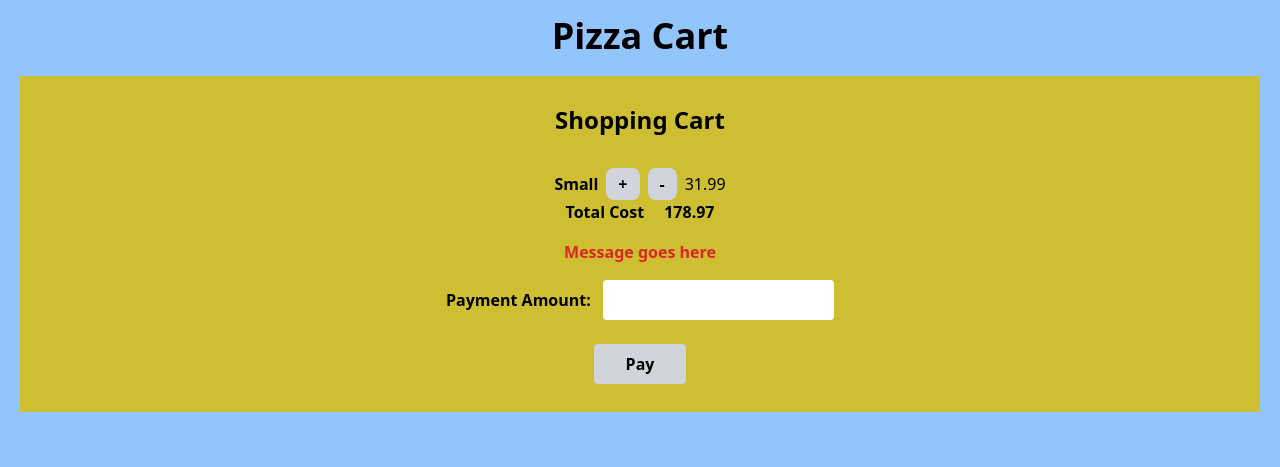
Repository: lasity34/pizza_cart
Page: index.html
The author's editor kept a copy of each file at every save. The page is drawn from the files as they stood at one save, then again after the next save.
The browser window is 1280 px wide. The pictures show the whole page.
Some web libraries are served in a nearby version.

Above is the page before, as saved 2023-07-11 08:57:10.

### index.html
<!DOCTYPE html>
<html lang="en">
  <head>
    <meta charset="UTF-8" />
    <meta name="viewport" content="width=device-width, initial-scale=1.0" />
    <title>Pizza Cart</title>
    <script src="//unpkg.com/alpinejs" defer></script>
    <link
      href="https://cdn.jsdelivr.net/npm/tailwindcss@2.1.2/dist/tailwind.min.css"
      rel="stylesheet"
    />
    <link href="./style.css" rel="stylesheet" />
  </head>
  <body class="bg-blue-300">
    <section class="flex justify-center items-center">
      <h1 class="text-4xl pt-4 font-bold">Pizza Cart</h1>
    </section>
    <section
      class="shop-container m-5 p-7 flex justify-center items-center flex-col"
    >
      <h2 class="text-2xl mb-2 font-bold">Shopping Cart</h2>
      <div class="mt-6 flex flex-col items-center">
        <div class="flex items-center">
          <p class="font-bold mr-2">Small</p>
          <button
            class="bg-gray-300 hover:bg-gray-400 rounded-lg px-3 py-1 mr-2 font-bold"
          >
            +
          </button>
          <button class="bg-gray-300 hover:bg-gray-400 rounded-lg px-3 py-1 font-bold">
            -
          </button>
          <p class=" ml-2">31.99</p>
        </div>
        <div class="flex">
          <p class="font-bold">Total Cost</p>
          <p class="ml-5 font-bold">178.97</p>
        </div>
        <div class="mt-4">
          <p class="text-red-600 font-bold">Message goes here</p>
        </div>
        <div class="mt-4">
            <label class="font-bold">Payment Amount:</label>
            <input type="text" class="rounded ml-2 py-2" />
        </div>
        <div class="mt-6">
            <button class="bg-gray-300 hover:bg-gray-400 py-2 px-8 rounded font-bold">Pay</button>
        </div>
      </div>
    </section>
  </body>
</html>

### style.css


.shop-container {
    background-color: rgb(205, 190, 50);
}

After the next save:
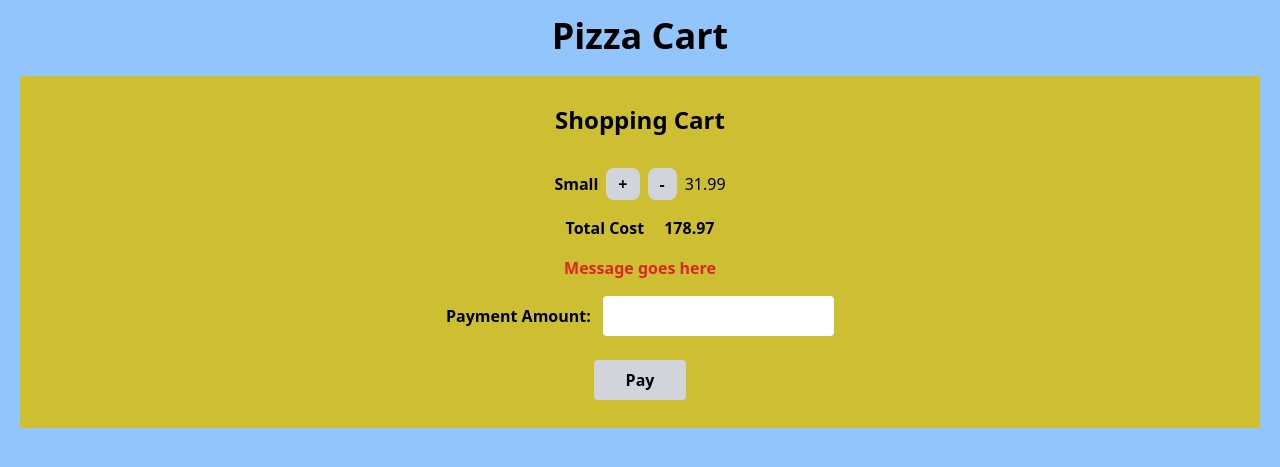
Saved 37 s later.
--- a/index.html
+++ b/index.html
@@ -32,7 +32,7 @@
           </button>
           <p class=" ml-2">31.99</p>
         </div>
-        <div class="flex">
+        <div class="flex mt-4">
           <p class="font-bold">Total Cost</p>
           <p class="ml-5 font-bold">178.97</p>
         </div>
